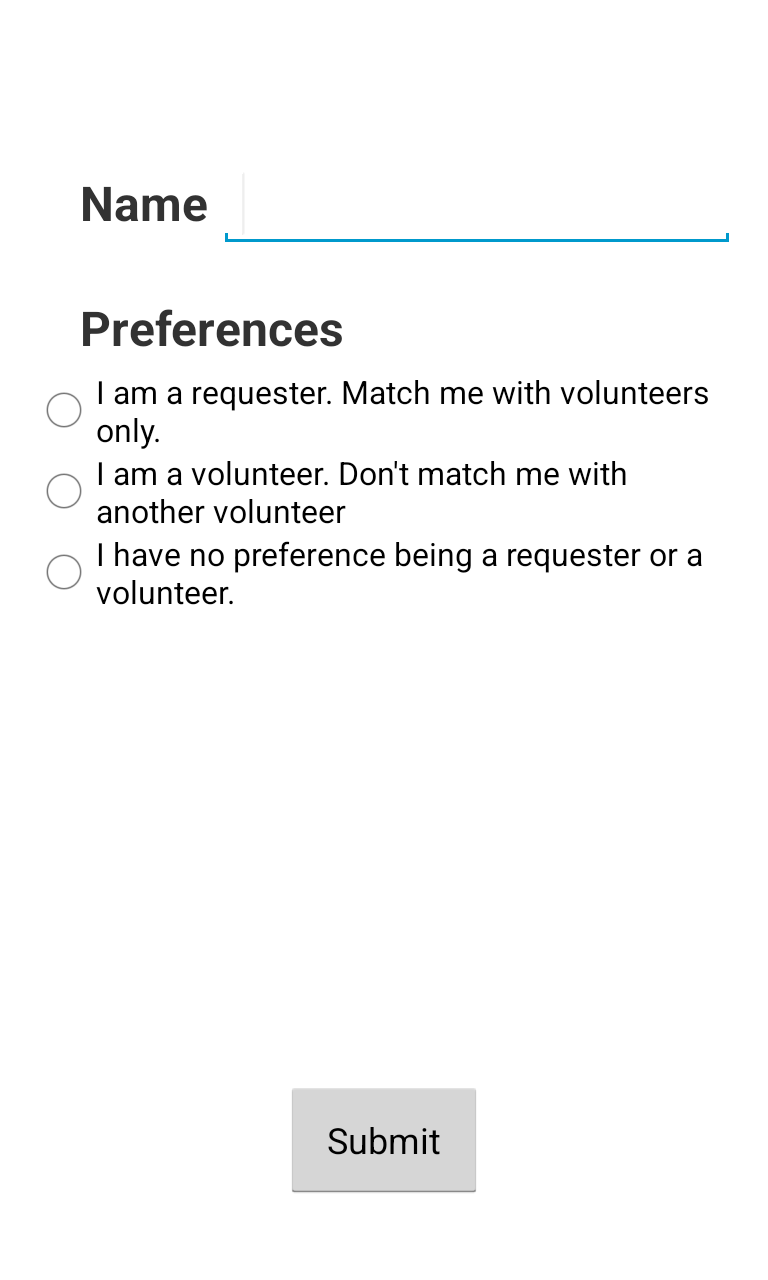
Repository: rwillmot/CS180-SafeWalk-Phase2
Layout: SafeWalkAndroidClient/res/layout/client_fragment_layout.xml
An editor plug-in stored every save of this project. The layout is shown before and after the next save, followed by the edit.
It is drawn on a 768 x 1280 px phone screen (xhdpi) without system bars, with theme AppTheme; the app's code is not run.

Above is the layout before, as saved 2014-12-02 21:58:18.

### SafeWalkAndroidClient/res/layout/client_fragment_layout.xml
<RelativeLayout xmlns:android="http://schemas.android.com/apk/res/android"
    xmlns:tools="http://schemas.android.com/tools"
    android:layout_width="match_parent"
    android:layout_height="match_parent"
    android:paddingBottom="@dimen/activity_vertical_margin"
    android:paddingLeft="@dimen/activity_horizontal_margin"
    android:paddingRight="@dimen/activity_horizontal_margin"
    android:paddingTop="@dimen/activity_vertical_margin"
    tools:context="edu.purdue.rwillmo.MainActivity" >

    <!-- TODO your layout here -->

    <Button
        android:id="@+id/bu_submit"
        android:layout_width="wrap_content"
        android:layout_height="wrap_content"
        android:layout_alignParentBottom="true"
        android:layout_centerHorizontal="true"
        android:layout_marginBottom="24dp"
        android:enabled="true"
        android:gravity="center"
        android:minHeight="60dp"
        android:minWidth="100dp"
        android:onClick="onSubmit"
        android:padding="@dimen/padding"
        android:text="@string/submit" />

    <EditText
        android:id="@+id/tv_name"
        android:layout_width="wrap_content"
        android:layout_height="wrap_content"
        android:layout_alignBaseline="@+id/et_name"
        android:layout_alignBottom="@+id/et_name"
        android:layout_toRightOf="@+id/et_name"
        android:ems="10"
        android:inputType="text"
        android:text=""
        android:textSize="22sp" >

        <requestFocus />
    </EditText>

    <TextView
        android:id="@+id/et_name"
        android:layout_width="wrap_content"
        android:layout_height="wrap_content"
        android:layout_alignParentLeft="true"
        android:layout_alignParentTop="true"
        android:layout_marginLeft="19dp"
        android:layout_marginTop="64dp"
        android:padding="@dimen/padding"
        android:text="Name"
        android:textSize="24sp"
        android:textStyle="bold" />

    <RadioGroup

        android:id="@+id/radioGroup1"
        android:layout_width="fill_parent"
        android:layout_height="wrap_content"
        android:orientation="vertical"
        android:layout_below="@+id/et_preferences"
        android:textSize="22sp">



    <RadioButton
        android:id="@+id/radio_requester"
        android:layout_width="wrap_content"
        android:layout_height="wrap_content"
        android:layout_above="@+id/radio_volunteer"
        android:layout_alignLeft="@+id/radio_volunteer"
        android:onClick="onRadioButtonClicked"
        android:text="I am a requester. Match me with volunteers only." />
    <RadioButton
        android:id="@+id/radio_volunteer"
        android:layout_width="wrap_content"
        android:layout_height="wrap_content"
        android:layout_alignRight="@+id/tv_name"
        android:layout_centerVertical="true"
        android:layout_below="@+id/radio_requester"
        android:onClick="onRadioButtonClicked"
        android:text="I am a volunteer. Don&apos;t match me with another volunteer" />
    <RadioButton
        android:id="@+id/radio_neutral"
        android:layout_width="wrap_content"
        android:layout_height="wrap_content"
        android:layout_below="@+id/radio_volunteer"
        android:layout_alignLeft="@+id/radio_requester"
        android:onClick="onRadioButtonClicked"
        android:text="I have no preference being a requester or a volunteer." />
</RadioGroup>

      <TextView
        android:id="@+id/et_preferences"
        android:layout_width="wrap_content"
        android:layout_height="wrap_content"
        android:layout_below="@+id/et_name"
        android:layout_marginLeft="19dp"
        android:layout_marginTop="20dp"
        android:padding="@dimen/padding"
        android:text="Preferences"
        android:textSize="24sp"
        android:textStyle="bold" />
</RelativeLayout>

### SafeWalkAndroidClient/res/values/styles.xml
<resources xmlns:android="http://schemas.android.com/apk/res/android">

    <!--
        Base application theme, dependent on API level. This theme is replaced
        by AppBaseTheme from res/values-vXX/styles.xml on newer devices.
    -->
    <style name="AppBaseTheme" parent="android:Theme.Light">
        <!--
            Theme customizations available in newer API levels can go in
            res/values-vXX/styles.xml, while customizations related to
            backward-compatibility can go here.
        -->
    </style>

    <!-- Application theme. -->
    <style name="AppTheme" parent="AppBaseTheme">

        <!-- All customizations that are NOT specific to a particular API-level can go here. -->
    </style>

    <style name="TitleBarText">
        <item name="android:layout_width">0dp</item>
        <item name="android:layout_height">fill_parent</item>
        <item name="android:layout_weight">1</item>
        <item name="android:gravity">center_vertical</item>
        <item name="android:textSize"> 17sp </item>
        <item name="android:paddingLeft">12dip</item>
        <item name="android:paddingRight">12dip</item>
        <item name="android:textColor">@color/white</item>
        <item name="android:singleLine">true</item>
        <item name="android:ellipsize">end</item>
    </style>

    <style name="ActionBarButton">
        <item name="android:layout_width">wrap_content</item>
        <item name="android:layout_height">wrap_content</item>
        <item name="android:background">@color/menu_button</item>
        <item name="android:textColor">@color/white</item>
        <item name="android:ellipsize">end</item>
        <item name="android:singleLine">true</item>
        <item name="android:textSize">@dimen/text_size_small</item>
    </style>

    <style name="MyActionBar" parent="@android:style/Widget.Holo.Light.ActionBar">
        <item name="android:background">@color/action_bar</item>
    </style>

</resources>

### SafeWalkAndroidClient/res/values/dimens.xml
<resources>

    <!-- Default screen margins, per the Android Design guidelines. -->
    <dimen name="activity_horizontal_margin">16dp</dimen>
    <dimen name="activity_vertical_margin">16dp</dimen>
    <dimen name="padding">5dp</dimen>
    <dimen name="title_size">28sp</dimen>
    <dimen name="text_size_medium">24sp</dimen>
    <dimen name="text_size_small">20sp</dimen>
    <dimen name="margin_bigline">20dp</dimen>
    <dimen name="min_button_width">100dp</dimen>
    <dimen name="margin_top">50dp</dimen>
    <dimen name="margin_left">60dp</dimen>
    <dimen name="margin_right">60dp</dimen>

    <dimen name="margin_line">30dp</dimen>

</resources>

### SafeWalkAndroidClient/res/values/colors.xml
<resources>

    <!-- Default screen margins, per the Android Design guidelines. -->
    <color name="white">#FFFFFFFF</color>
    <color name="light_grey">#FFD8D9DF</color>
    <color name="dark_grey">#FF595C6E</color>
    <color name="salmon">#FFFFA239</color>
    <color name="submit">#FFAD5700</color>
    <color name="action_bar">#991B1969</color>
    <color name="menu_button">#FF545385</color>
</resources>

### SafeWalkAndroidClient/res/values/strings.xml
<?xml version="1.0" encoding="utf-8"?>
<resources>
    <string name="app_name">SafeWalk</string>
    <string name="server">Server</string>
    <string name="client">Client</string>
    <string name="submit">Submit</string>
    <string name="match">Match</string>
    <string name="start_over">Start Over</string>
    <string name="default_host">10.0.2.2</string>
    <string name="default_port">8888</string>
    <string name="default_command">:FAKE_COMMAND</string>
    <string name="host">Host</string>
    <string name="port">Port</string>
</resources>

Loaded but not shown: SafeWalkAndroidClient/res/values-v11/styles.xml (common file); SafeWalkAndroidClient/res/values-v14/styles.xml (common file); SafeWalkAndroidClient/res/values-w820dp/dimens.xml (common file)

After the next save:
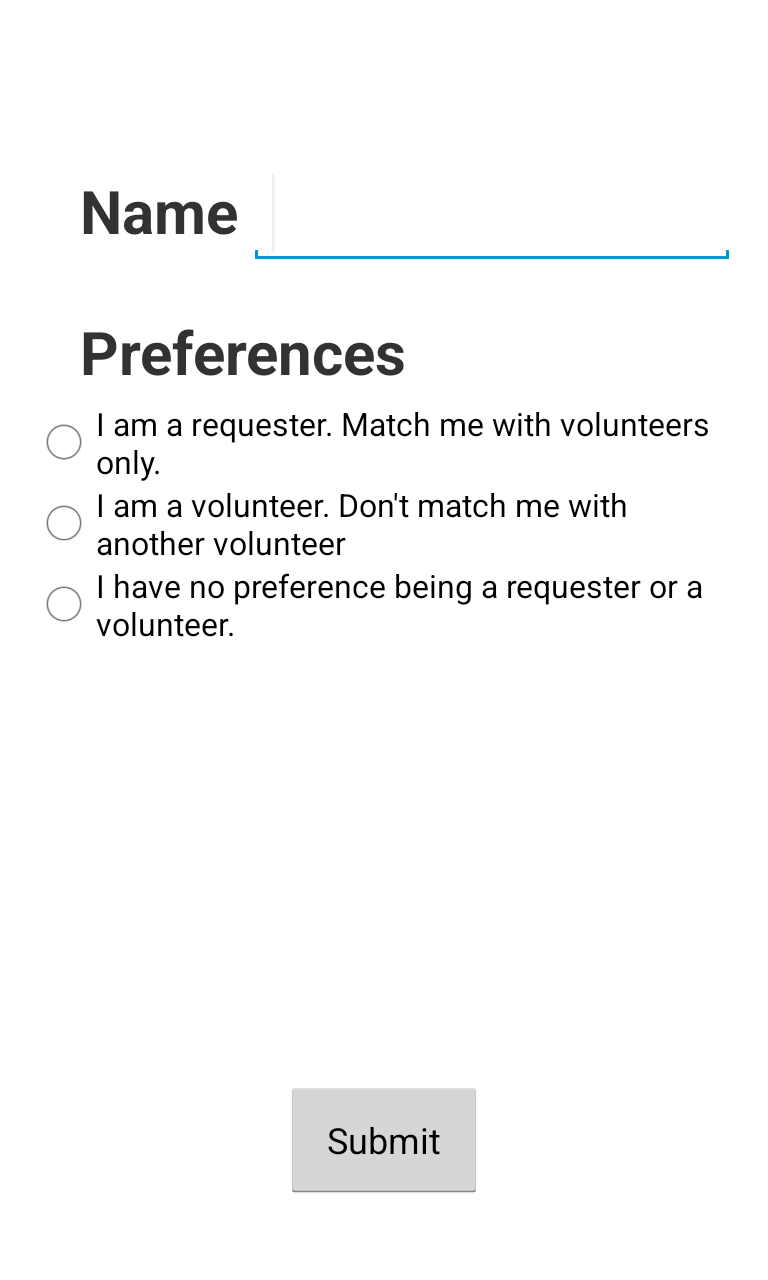
Saved 9 min 46 s later.
--- a/SafeWalkAndroidClient/res/layout/client_fragment_layout.xml
+++ b/SafeWalkAndroidClient/res/layout/client_fragment_layout.xml
@@ -35,7 +35,7 @@
         android:ems="10"
         android:inputType="text"
         android:text=""
-        android:textSize="22sp" >
+        android:textSize="28sp" >
 
         <requestFocus />
     </EditText>
@@ -50,7 +50,7 @@
         android:layout_marginTop="64dp"
         android:padding="@dimen/padding"
         android:text="Name"
-        android:textSize="24sp"
+        android:textSize="30sp"
         android:textStyle="bold" />
 
     <RadioGroup
@@ -60,7 +60,7 @@
         android:layout_height="wrap_content"
         android:orientation="vertical"
         android:layout_below="@+id/et_preferences"
-        android:textSize="22sp">
+        android:textSize="30sp">
 
 
 
@@ -100,6 +100,6 @@
         android:layout_marginTop="20dp"
         android:padding="@dimen/padding"
         android:text="Preferences"
-        android:textSize="24sp"
+        android:textSize="30sp"
         android:textStyle="bold" />
 </RelativeLayout>
